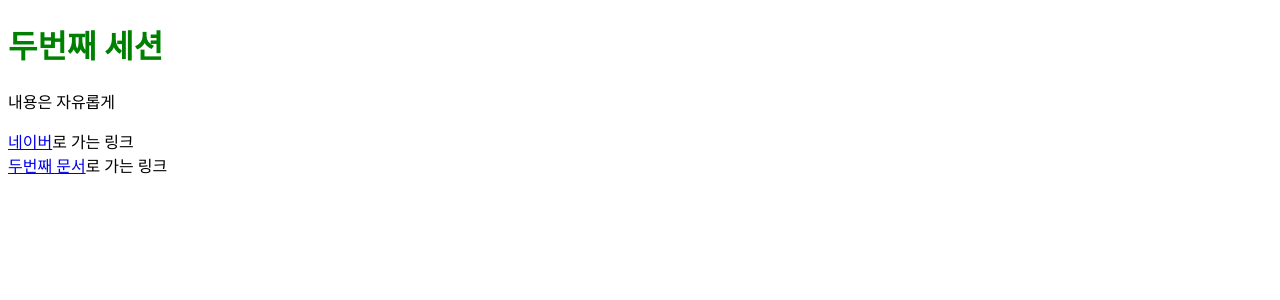
Repository: 90GSCHOI/LIKELION
Page: 0613test.html
The author's editor kept a record of every edit. The page is drawn from the files as they stood at one moment, then again after the next edit.
The browser window is 1280 px wide. The pictures show the whole page.

Above is the page before.

### 0613test.html
<!DOCTYPE html>
<html lang="en">
<head>
    <meta charset="UTF-8">
    <meta name="viewport" content="width=device-width, initial-scale=1.0">
    <meta http-equiv="X-UA-Compatible" content="ie=edge">
    <title>신나는 토요일</title>
</head>
<body>
    <h1 style="color:green"> 두번째 세션 </h1>
    <p> 내용은 자유롭게</p>
    <!--<form method="get">-->
    <!--<input type="text" name="like" />-->
    <!--<input type="submit" />-->
    <!--</form>-->
    <!--내가 만든 첫 번째 form-->
    <!--<img src="data:[embedded picture, 12111 characters]" />-->
    <a href="https://www.naver.com/">네이버</a>로 가는 링크 <br>
    <a href="./0613subtest.html">두번째 문서</a>로 가는 링크
</body>
</html>

After the next edit:
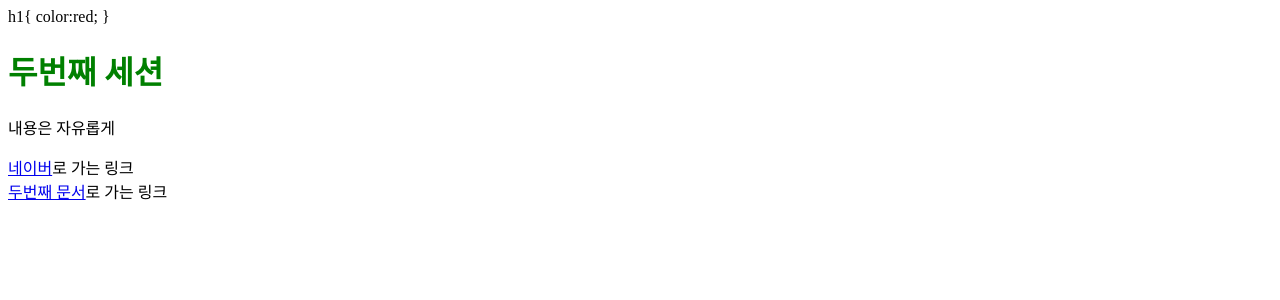
The edit:
--- a/0613test.html
+++ b/0613test.html
@@ -5,6 +5,11 @@
     <meta name="viewport" content="width=device-width, initial-scale=1.0">
     <meta http-equiv="X-UA-Compatible" content="ie=edge">
     <title>신나는 토요일</title>
+    <stlye>
+        h1{
+        color:red;
+        }
+    </stlye>
 </head>
 <body>
     <h1 style="color:green"> 두번째 세션 </h1>
